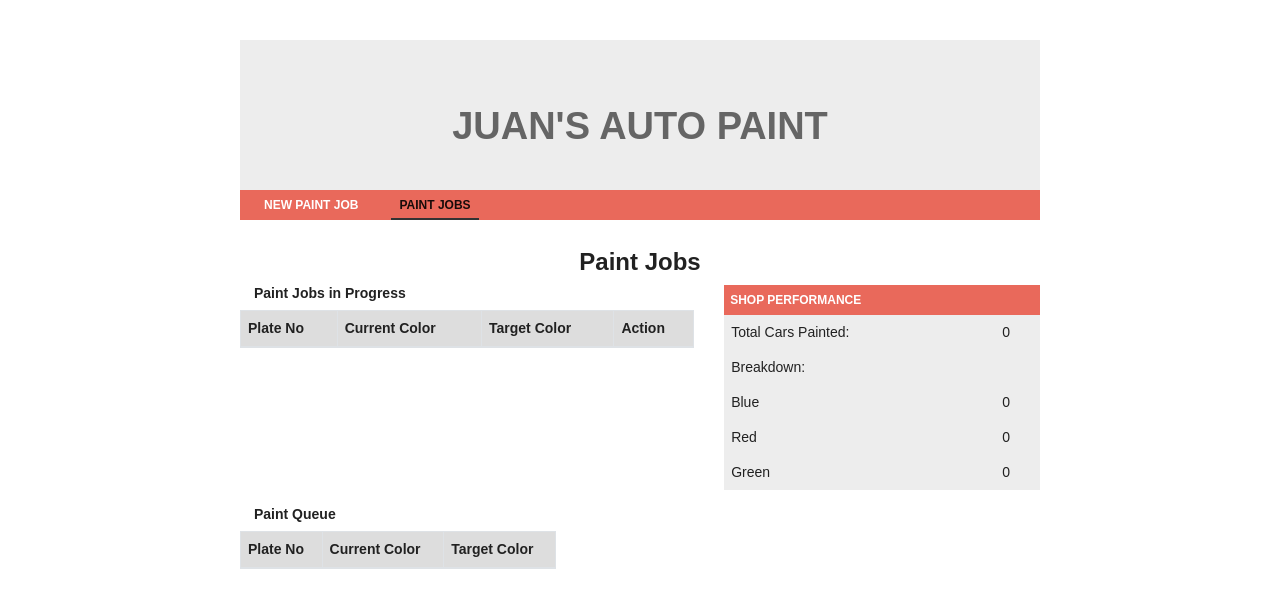
Repository: soycaringal/paint-job
Page: http://localhost/jobs
These files come from the project's save history. The page is drawn as it stood at one moment and after the next save; the edit follows.
The browser window is 1280 px wide. The pictures show the whole page.
The page is served by the project's Laravel application, run on PHP 8.4 with Laravel 8. Other server files are loaded and not shown. Queries for data that is not in the repository find no rows.

Above is the page before, as saved 2020-02-23 18:59:33.

### routes/web.php
<?php

/*
|--------------------------------------------------------------------------
| Web Routes
|--------------------------------------------------------------------------
|
| Here is where you can register web routes for your application. These
| routes are loaded by the RouteServiceProvider within a group which
| contains the "web" middleware group. Now create something great!
|
*/

Route::get('/', 'CarController@index')->name('home');
Route::get('/jobs', 'CarController@jobs')->name('jobs');
Route::post('/car', 'CarController@store')->name('car.store');

// Route::post('/car', function () {

//     return 'aw';
// });

### app/Http/Controllers/CarController.php
<?php

namespace App\Http\Controllers;

use App\Car;
use Illuminate\Http\Request;

class CarController extends Controller
{
    private $car;

    public function __construct(Car $car) {
        $this->car = $car;
    }

    /**
     * Display a listing of the resource.
     *
     * @return \Illuminate\Http\Response
     */
    public function index()
    {
        $cars = $this->car->all();
        return view('home', compact('cars'));
    }

        /**
     * Display a listing of the resource.
     *
     * @return \Illuminate\Http\Response
     */
    public function jobs()
    {
        return view('jobs');
    }

    /**
     * Show the form for creating a new resource.
     *
     * @return \Illuminate\Http\Response
     */
    public function create()
    {
        //
    }

    /**
     * Store a newly created resource in storage.
     *
     * @param  \Illuminate\Http\Request  $request
     * @return \Illuminate\Http\Response
     */
    public function store(Request $request)
    {
        $data = $request->all();

        $car = new Car();
        $car->plate_no = $data['plate_no'];
        $car->current_color = $data['current_color'];
        $car->target_color = $data['target_color'];
        $car->save();

        return redirect('jobs');
    }

    /**
     * Display the specified resource.
     *
     * @param  \App\Car  $car
     * @return \Illuminate\Http\Response
     */
    public function show(Car $car)
    {
        //
    }

    /**
     * Show the form for editing the specified resource.
     *
     * @param  \App\Car  $car
     * @return \Illuminate\Http\Response
     */
    public function edit(Car $car)
    {
        //
    }

    /**
     * Update the specified resource in storage.
     *
     * @param  \Illuminate\Http\Request  $request
     * @param  \App\Car  $car
     * @return \Illuminate\Http\Response
     */
    public function update(Request $request, Car $car)
    {
        $car = $this->car->find($request->id);
        $car->status = 'completed';
        $car->save();
    }

    /**
     * Remove the specified resource from storage.
     *
     * @param  \App\Car  $car
     * @return \Illuminate\Http\Response
     */
    public function destroy(Car $car)
    {
        //
    }
}

### resources/views/jobs.blade.php
@extends('layouts.app')

@section('content')
<div class="paint-jobs-content">
    <section>
        <div class="paint-job-title">
            <h1>Paint Jobs</h1>
        </div>
    </section>
    <div class="row">
        <section class="car-in-progress col-7">
            <h3>Paint Jobs in Progress</h3>
            <table class="table table-bordered">
                <thead class="thead">
                    <tr>
                        <th scope="col">Plate No</th>
                        <th scope="col">Current Color</th>
                        <th scope="col">Target Color</th>
                        <th scope="col">Action</th>
                    </tr>
                </thead>
                <tbody class="car-in-progress-rows">

                </tbody>
            </table>
        </section>
        <section class="car-performance col-5">
            <table class="table table-borderless">
                <thead class="thead">
                    <tr>
                        <th scope="col" colspan="2">SHOP PERFORMANCE</th>
                    </tr>
                </thead>
                <tbody class="car-performance-rows">

                </tbody>
            </table>
        </section>
    </div>

    <section class="car-queue row">
        <div class="col-5">
            <h3>Paint Queue</h3>
            <table class="table table-bordered">
                <thead class="thead">
                    <tr>
                        <th scope="col">Plate No</th>
                        <th scope="col">Current Color</th>
                        <th scope="col">Target Color</th>
                    </tr>
                </thead>
                <tbody class="car-queue-rows">

                </tbody>
            </table>
        </div>
    </section>
</div>

<script>
    $(document).ready(() => {
        getData();
        poll();
    })

    function templatePending(cars) {
        let template = '\
        <tr> \
            <td>{PLATE_NO}</td> \
            <td>{CURRENT_COLOR}</td> \
            <td>{TARGET_COLOR}</td> \
            <td>{ACTION}</td> \
        </tr>';

        let result = '';
        cars.forEach(car => {
            const action = '<a onclick="updateStatus(' + car.id + ')" href="javascript:void(0)">Mark as Completed</>'
            let row =  template
                .replace('{PLATE_NO}', car.plate_no)
                .replace('{CURRENT_COLOR}', car.current_color)
                .replace('{TARGET_COLOR}', car.target_color)
                .replace('{ACTION}', action)

            result += row;
        });

        $('.car-in-progress-rows').html(result);
    }

    function templateQueue(cars) {
        let template = '\
        <tr> \
            <td>{PLATE_NO}</td> \
            <td>{CURRENT_COLOR}</td> \
            <td>{TARGET_COLOR}</td> \
        </tr>';

        let result = '';
        cars.forEach(car => {
            const action = '<a onclick="updateStatus(' + car.id + ')" href="javascript:void(0)">Mark as Completed</>'
            let row =  template
                .replace('{PLATE_NO}', car.plate_no)
                .replace('{CURRENT_COLOR}', car.current_color)
                .replace('{TARGET_COLOR}', car.target_color)

            result += row;
        });

        $('.car-queue-rows').html(result);
    }

    function templatePerformance(car) {
        let template = '\
        <tr> \
            <td>Total Cars Painted:</td> \
            <td>{TOTAL_CARS}</td> \
        </tr> \
        <tr> \
            <td colspan="2">Breakdown:</td> \
        </tr> \
        <tr> \
            <td>Blue</td> \
            <td>{TOTAL_BLUE}</td> \
        </tr> \
        <tr> \
            <td>Red</td> \
            <td>{TOTAL_RED}</td> \
        </tr> \
        <tr> \
            <td>Green</td> \
            <td>{TOTAL_GREEN}</td> \
        </tr>';

        let result =  template
            .replace('{TOTAL_CARS}', car.total_cars)
            .replace('{TOTAL_BLUE}', car.total_blue)
            .replace('{TOTAL_RED}', car.total_red)
            .replace('{TOTAL_GREEN}', car.total_green)

        $('.car-performance-rows').html(result);
    }

    function updateStatus(id) {
        $.post('/api/car', {id: id})
        .then((res) => {
            console.log(res);
        });
    }

    async function getData()  {
        await $.get('/api/cars')
        .then((result) => {
            templatePending(result.pending);
            templateQueue(result.queue);
        });

        await $.get('/api/cars/performance')
        .then((result) => {
            templatePerformance(result);
        });
    }

    function poll() {
        setTimeout(() => {
            getData()
            .then(poll())
        }, 3000);
    }
</script>


@endsection

### resources/views/layouts/app.blade.php
<!DOCTYPE html>
<html lang="{{ str_replace('_', '-', app()->getLocale()) }}">
    <head>
        <meta charset="utf-8">
        <meta name="viewport" content="width=device-width, initial-scale=1">

        <title>Laravel</title>

        <!-- Fonts -->
        <link href="https://fonts.googleapis.com/css?family=Nunito:200,600" rel="stylesheet">
        <link rel="stylesheet" href="https://stackpath.bootstrapcdn.com/bootstrap/4.1.3/css/bootstrap.min.css" integrity="sha384-MCw98/SFnGE8fJT3GXwEOngsV7Zt27NXFoaoApmYm81iuXoPkFOJwJ8ERdknLPMO" crossorigin="anonymous">
        <script src="https://code.jquery.com/jquery-3.3.1.slim.min.js" integrity="sha384-q8i/X+965DzO0rT7abK41JStQIAqVgRVzpbzo5smXKp4YfRvH+8abtTE1Pi6jizo" crossorigin="anonymous"></script>
        <script src="https://cdnjs.cloudflare.com/ajax/libs/popper.js/1.14.3/umd/popper.min.js" integrity="sha384-ZMP7rVo3mIykV+2+9J3UJ46jBk0WLaUAdn689aCwoqbBJiSnjAK/l8WvCWPIPm49" crossorigin="anonymous"></script>
        <script src="https://stackpath.bootstrapcdn.com/bootstrap/4.1.3/js/bootstrap.min.js" integrity="sha384-ChfqqxuZUCnJSK3+MXmPNIyE6ZbWh2IMqE241rYiqJxyMiZ6OW/JmZQ5stwEULTy" crossorigin="anonymous"></script>
        <link href="/css/main.css" rel="stylesheet">
        <script src="https://code.jquery.com/jquery-3.4.1.min.js"
                integrity="sha256-CSXorXvZcTkaix6Yvo6HppcZGetbYMGWSFlBw8HfCJo=" crossorigin="anonymous"></script>
    </head>
    <body>
        <div class="car-container">
            <header>
                <div class="jumbotron text-center">
                    <h1>Juan's Auto Paint</h1>
                </div>
                <nav class="navbar navbar-expand-lg navbar-light">
                    <div class="collapse navbar-collapse" id="navbarText">
                        <ul class="navbar-nav mr-auto">
                            <li class="nav-item {{ Route::is('home') ? 'active' : '' }}">
                                <a class="nav-link" href="/">NEW PAINT JOB</a>
                            </li>
                            <li class="nav-item {{ Route::is('jobs') ? 'active' : '' }}">
                                <a class="nav-link" href="/jobs">PAINT JOBS</a>
                            </li>
                            </li>
                        </ul>
                    </div>
                </nav>
            </header>
            <main>
                @yield('content')
            </main>
        </div>
    </body>
</html>

### public/css/main.css
body {
    font-family: Arial;
    color: #212121;
}

header {
    margin-top: 40px;
}

header .jumbotron {
    background-color: #ededed;
    border-radius: 0;
    height: 150px;
    margin-bottom: 0;
}

header h1 {
    color: #656565;
    font-family: 'arial';
    font-size: 38px;
    font-weight: bold;
    text-transform: uppercase;
}

.car-container {
    margin: 0 auto;
    width: 800px;
}

.navbar {
    background-color: #e9695b;
    height: 30px;
    font-size: 12px;
}

.navbar .nav-item a {
    color: #333333;
    font-weight: bold;
    margin-right: 25px;
}

.navbar-light .navbar-nav .nav-item.active .nav-link {
    padding-bottom: 4px;
    border-bottom: 2px solid #333;
}

.navbar-light .navbar-nav .nav-link {
    color: #FFFFFF;
}

.paint-job-title h1 {
    text-align: center;
    font-size: 24px;
    font-weight: bold;
    margin-top: 28px;
}

.paint-job-images {
    margin-top: 30px;
}

.paint-job-images figure {
    text-align: center;
}

.car-details {
    margin-left: 15px;
    margin-top: 25px;
    font-size: 14px;
    color: #212121;
}

.car-details h2 {
    font-size: 16px;
    font-weight: bold;
}

.car-details button {
    background-color: #e9695b;
    color: #FFFFFF;
    font-size: 14px;
    border-radius: 0;
    width: 150px;
}

.paint-jobs-content {
    font-size: 14px;
}

.paint-jobs-content h3 {
    font-size: 14px;
    font-weight: bold;
    margin-left: 14px;
}

.paint-jobs-content .table .thead th, .paint-jobs-content .table tbody td {
    padding: .5em;
}

.paint-jobs-content .table .thead {
    background-color: #dddddd;
    height: 30px;
}

.paint-jobs-content .car-performance .table .thead {
    background-color: #e9695b;
    color: #FFFFFF;
    font-size: 12px;
}

.paint-jobs-content .car-performance .table tbody {
    background-color: #ededed;
}

Loaded but not shown: app/Http/Controllers/Controller.php (common file); app/Car.php (common file)

After the next save:
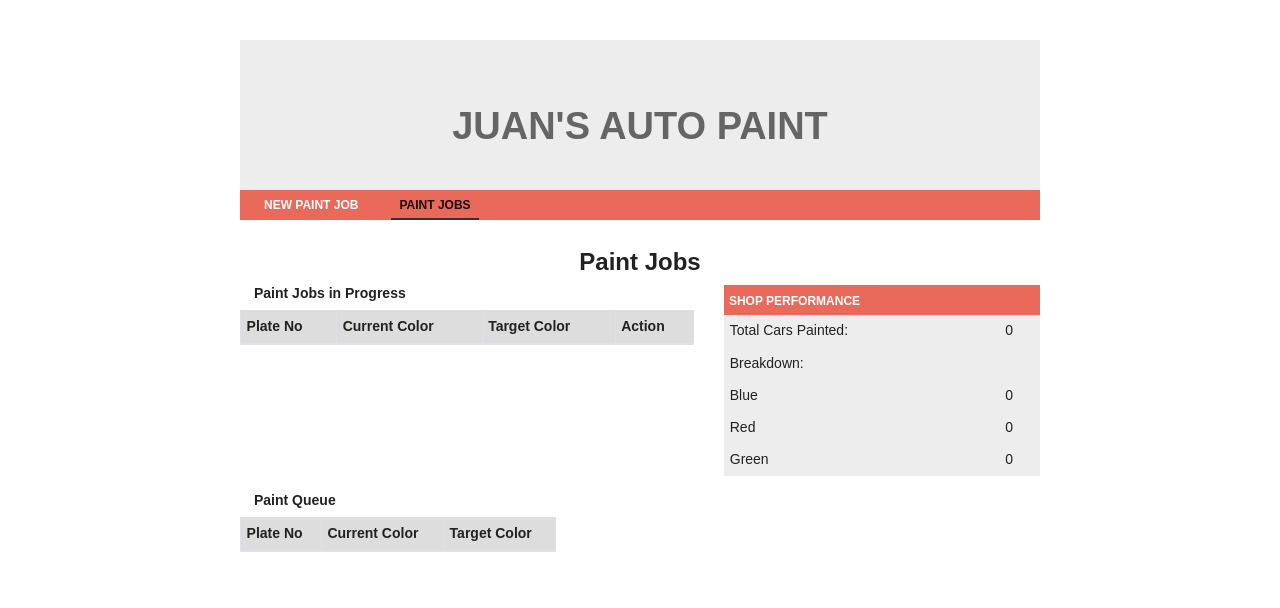
Saved 111 s later.
--- a/public/css/main.css
+++ b/public/css/main.css
@@ -94,7 +94,7 @@ header h1 {
 }
 
 .paint-jobs-content .table .thead th, .paint-jobs-content .table tbody td {
-    padding: .5em;
+    padding: .4em;
 }
 
 .paint-jobs-content .table .thead {
